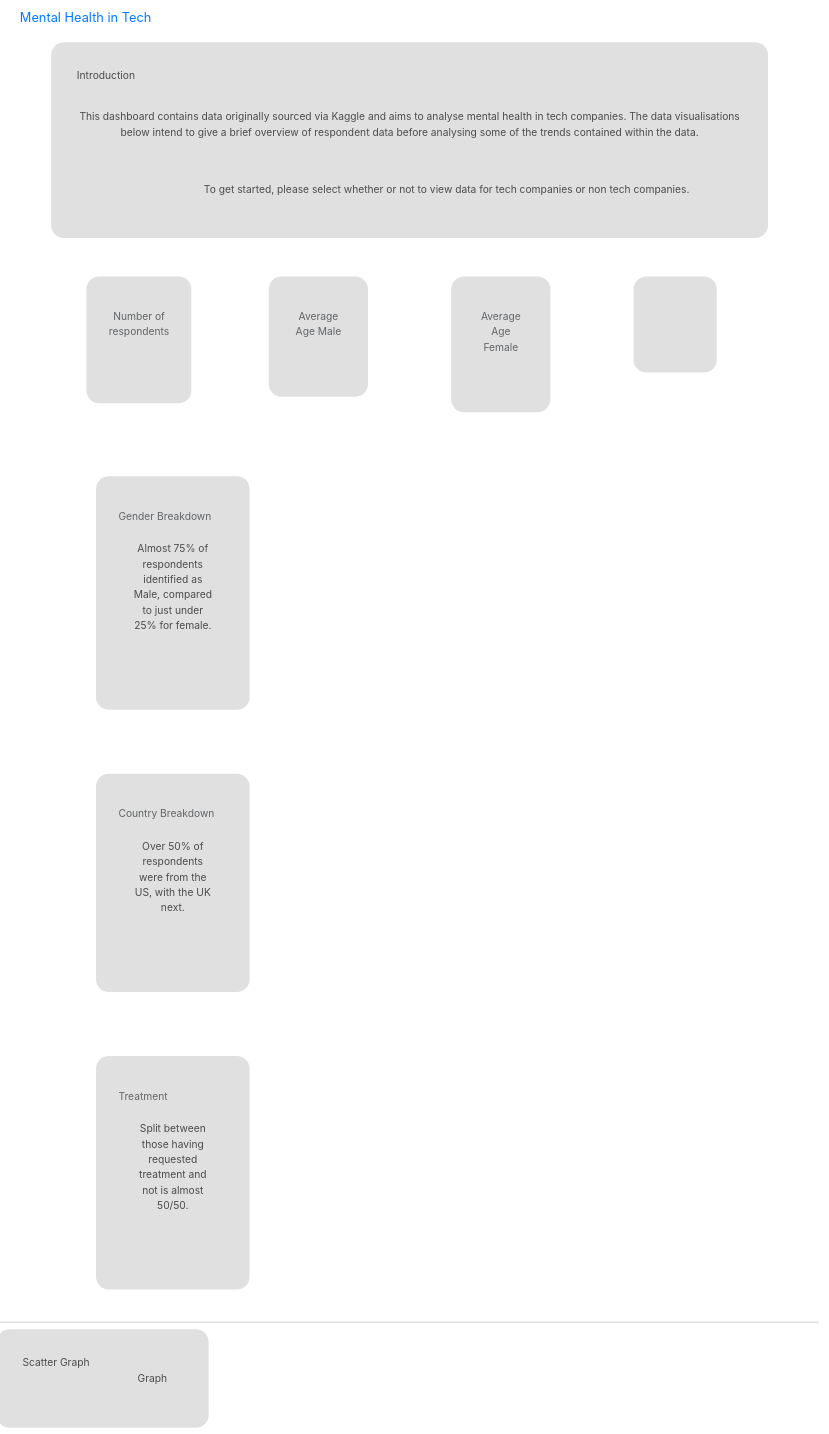
Repository: martingr1/mhdashboard
Page: index.html
The author's editor kept a record of every edit. The page is drawn from the files as they stood at one moment, then again after the next edit.
The browser window is 1280 px wide. The page is 1295 px wide, so the pictures cover 1295 px, including what lies to the right of the window. The pictures show the whole page, at 64% of full size.
Some web libraries are served in a nearby version.

Above is the page before.
Console error: SyntaxError: missing ) after argument list

### index.html
<html>

<head>

    <meta charset="UTF-8">
    <meta name="viewport" content="width=device-width, initial-scale=1.0">
    <meta http-equiv="X-UA-Compatible" content="ie=edge">
    <title>Mental Health in Tech</title>

    <link rel="stylesheet" href="static/css/bootstrap.min.css" type="text/css" />
    <link rel="stylesheet" href="static/css/dc.min.css" type="text/css" />
    <link rel="stylesheet" type="text/css" href="https://maxcdn.bootstrapcdn.com/font-awesome/4.7.0/css/font-awesome.min.css">
    <link rel="stylesheet" href="static/css/style.css" type="text/css" />


    <script type="text/javascript" src="static/js/d3.min.js"></script>
    <script type="text/javascript" src="static/js/crossfilter.min.js"></script>
    <script type="text/javascript" src="static/js/dc.min.js"></script>
    <script type="text/javascript" src="static/js/queue.min.js"></script>
    <script type="text/javascript" src="static/js/graph.js"></script>

</head>

<body class="background-image">

    <nav class="navbar navbar-default">
        <div class="container-fluid">
            <div class="navbar-header">
                <a class="navbar-brand" href="#">Mental Health in Tech</a>
            </div>
        </div>
    </nav>

    <section class="section container col-container">
        <div class="row">
            <article class="article col-lg-12">
                <div class="row text-center">
                    <div class="row intro-box">
                        <div class="row text-center chart-text">Introduction</div>
                        <hr class="line">
                        <div class="row text-center">
                            <p class="chart-text">This dashboard contains data originally sourced via Kaggle and aims to analyse mental health in tech companies. The data visualisations below intend to give a brief overview of respondent data before analysing some of the trends
                                contained within the data. </p>
                        </div>
                        <hr class="line">
                        <div class="chart" id="select_company">
                            <p class="chart-text">To get started, please select whether or not to view data for tech companies or non tech companies.</p>
                        </div>
            </article>
            </div>
            <div class="row">
                <article class="article col-xs-12 col-sm-6 col-lg-3">

                    <div class="row no-gutters text-center">
                        <div class="row content-box">
                            <div class="row">
                                <div class="text-center">Number of respondents</div>
                                <hr class="line">
                                <div>
                                    <p class="chart-text"></p>
                                </div>
                                <div class="row">
                                    <div class="chart" id=" "></div>
                                </div>
                            </div>
                        </div>
                    </div>
                </article>

                <article class="article col-xs-12 col-sm-6 col-lg-3">
                    <div class="row no-gutters text-center">
                        <div class="row content-box">
                            <div class="row">
                                <div class="text-center">Average Age Male</div>
                                <hr class="line">
                                <div>
                                    <p class="chart-text"></p>
                                </div>
                                <div class="row">
                                    <div class="age_display" id="average_age_male"></div>
                                </div>
                            </div>
                        </div>
                    </div>
                </article>

                <article class="article col-xs-12 col-sm-6 col-lg-3">
                    <div class="row no-gutters text-center">
                        <div class="row content-box">
                            <div class="row">
                                <div class="text-center">Average Age Female</div>
                                <hr class="line">
                                <div>
                                    <p class="chart-text"></p>
                                </div>
                                <div class="row">
                                    <div class="age_display" id="average_age_gender"></div>
                                </div>
                            </div>
                        </div>
                    </div>
                </article>

                <article class="article col-xs-12 col-sm-6 col-lg-3">
                    <div class="row no-gutters text-center">
                        <div class="row content-box">
                            <div class="row">
                                <div class="text-center"></div>
                                <hr class="line">
                                <div>
                                    <p class="chart-text"></p>
                                </div>
                                <div class="row">
                                    <div class="chart" id=" "></div>
                                </div>
                            </div>
                        </div>
                    </div>
                </article>
            </div>
            <article class="article col-xs-12 col-sm-6 col-lg-4">
                <div class="row no-gutters text-center">
                    <div class="row content-box">
                        <div class="row">
                            <div class="text-center">Gender Breakdown</div>
                            <hr class="line">
                            <div>
                                <p class="chart-text">Almost 75% of respondents identified as Male, compared to just under 25% for female.</p>
                            </div>
                            <div class="row">
                                <div class="chart" id="gender_breakdown"></div>
                            </div>
                        </div>
                    </div>
                </div>
            </article>

            <article class="article col-xs-12 col-sm-6 col-lg-4">
                <div class="row no-gutters text-center">
                    <div class="row content-box">
                        <div class="row">
                            <div class="text-center">Country Breakdown</div>
                            <hr class="line">
                            <div>
                                <p class="chart-text">Over 50% of respondents were from the US, with the UK next.</p>
                            </div>
                            <div class="row">
                                <div class="chart" id="country_breakdown"></div>
                            </div>
                        </div>
                    </div>
            </article>

            <article class="article col-xs-12 col-sm-6 col-lg-4">
                <div class="row no-gutters text-center">
                    <div class="row content-box">
                        <div class="row">
                            <div class="text-center">Treatment</div>
                            <hr class="line">
                            <div>
                                <p class="chart-text">Split between those having requested treatment and not is almost 50/50.</p>
                            </div>
                            <div class="row">
                                <div class="chart" id="treatment_chart"></div>
                            </div>
                        </div>
                    </div>
            </article>
    </section>

    <div class="card" id="average_age"></div>

    <div class="row">
        <article class="article col-lg-12">
            <div class="row text-center">
                <div class="row intro-box">
                    <div class="row text-center chart-text">Scatter Graph</div>
                    <hr class="line">
                    <div class="row text-center">
                        <p class="chart-text"> </p>
                    </div>
                    <div class="chart" id="">
                        <p class="chart-text">Graph</p>
                    </div>
        </article>
        </div>

        <script src="https://code.jquery.com/jquery-3.2.1.js" integrity="sha256-DZAnKJ/6XZ9si04Hgrsxu/8s717jcIzLy3oi35EouyE=" crossorigin="anonymous"></script>

</body>

</html>

### static/css/style.css
/*.background-image {
	background-image: url("static/images/clouds_sunset_sky_119785_3840x2400.jpg");
	background-position: center center;
} */

.intro-box {
	box-sizing: border-box;
	border-radius: 20px;
	background-color: #D3D3D3;
	opacity: 0.7;
	margin: 10px;
	padding: 20px;
}

.content-box {
	box-sizing: border-box;
	border-radius: 20px;
	background-color: #D3D3D3;
	opacity: 0.7;
	margin: 50px;
	padding: 50px;
}

.chart {
    margin: 0 auto;
    padding: 25px;
    display: inline-block;

}
.chart-text {
	font-size: medium;
	color: black;
	margin: 10px;
	padding: 10px;
}

.line {
	margin: 15px auto 15px;
	color: #FFFFFF;
	max-width: 75%;
}

### static/js/graph.js
queue()
    .defer(d3.csv, "data/mhsurvey2.csv")
    .await(makeGraphs);

function makeGraphs(error, healthData) {

    var ndx = crossfilter(healthData);

    var parseDate = d3.time.format("%d/%m/%Y").parse;


    healthData.forEach(function(d) {
        d.age = parseInt(d.age);
        d.date = parseDate(d.date);

    })

    show_average_age_gender(ndx, "Female", "#average_age_gender");
    show_average_age_gender(ndx, "Male", "#average_age_male");

    show_select_company(ndx);
    show_gender_breakdown(ndx);
    show_country_breakdown(ndx);
    show_treatment_levels(ndx);

    show_treatment_timeline(ndx);


    dc.renderAll();
}

function show_select_company(ndx) {
    var dim = ndx.dimension(dc.pluck("techcompany"));
    var group = dim.group();

    dc.selectMenu("#select_company")
        .dimension(dim)
        .group(group);
}

function show_gender_breakdown(ndx) {

    var dim = ndx.dimension(dc.pluck("gender"));
    var group = dim.group();

    dc.pieChart('#gender_breakdown')
        .height(200)
        .radius(480)
        .transitionDuration(500)
        .dimension(dim)
        .group(group);
}

function show_country_breakdown(ndx) {

    var dim = ndx.dimension(dc.pluck("country"));
    var group = dim.group();

    dc.pieChart('#country_breakdown')
        .height(200)
        .radius(400)
        .transitionDuration(500)
        .dimension(dim)
        .group(group);
}

function show_treatment_levels(ndx) {

    var dim = ndx.dimension(dc.pluck("treatment"));
    var group = dim.group();

    dc.barChart('#treatment_chart')
        .width(300)
        .height(200)
        .margins({ top: 10, right: 50, bottom: 30, left: 50 })
        .dimension(dim)
        .group(group)
        .x(d3.scale.ordinal())
        .xUnits(dc.units.ordinal)
}

function show_average_age_gender(ndx, gender, element) {
    var averageAgeByGender = ndx.groupAll().reduce(
        function(p, v) {
            if (v.gender === gender) {
                p.count++;
                p.total += v.age;
                p.average = p.total / p.count;
            }
            return p;
        },

        function(p, v) {
            if (v.gender === gender) {

                p.count--;
                p.total += v.age;
                p.average = p.total / p.count;
            }
            else {
                p.total -= v.age;
                p.average = p.total / p.count;
            }
            return p;
        },

        function() {
            return { count: 0, total: 0, average: 0 };
        },
    );

    dc.numberDisplay(element)
        .formatNumber(d3.format(".0f"))
        .valueAccessor(function(d) {
            if (d.count == 0) {
                return 0;
            }
            else {
                return (d.total / d.count);
            }
        })
        .group(averageAgeByGender);
}

function show_treatment_timeline(ndx) {
    var date_dim = ndx.dimension(dc.pluck('date'));
    var treatment = date_dim.group().reduce(
        function (p,v) {
            if (v.treatment === 'Yes') {
                p.count ++;
                p.total += v.treatment;
            }
            return p;
        }
        function (p,v) {
            if (v.treatment === )

        }

        )

    var minDate = date_dim.bottom(1)[0].date;
    var maxDate = date_dim.top(1)[0].date;

    dc.lineChart("#treatment_timeline")
        .width(1000)
        .height(300)
        .margins({ top: 10, right: 50, bottom: 30, left: 50 })
        .dimension(date_dim)
        .group(treatment)
        .transitionDuration(500)
        .x(d3.time.scale().domain([minDate, maxDate]))
        .xAxisLabel("Year")
        .yAxis().ticks(4);
}

Loaded but not shown: static/css/bootstrap.min.css (library); static/css/dc.min.css (library); static/js/d3.min.js (library); static/js/crossfilter.min.js (library); static/js/dc.min.js (library); static/js/queue.min.js (common file)

After the next edit:
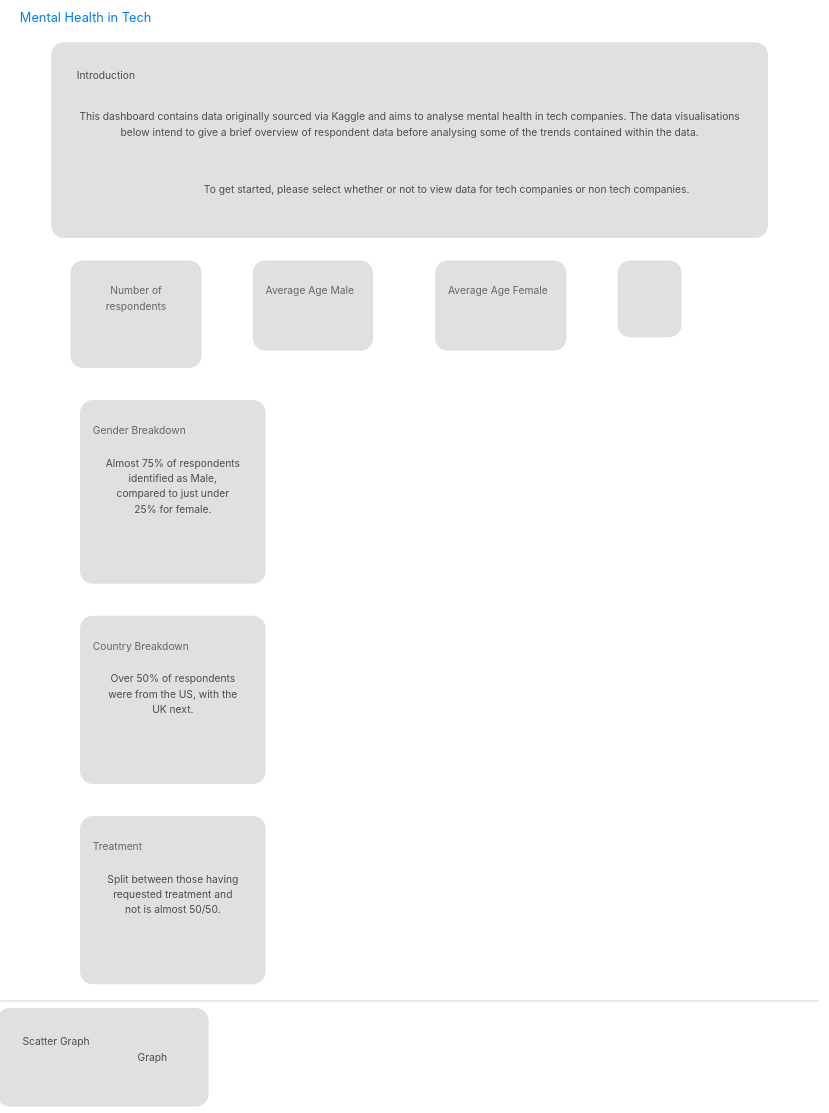
The edit:
--- a/static/css/style.css
+++ b/static/css/style.css
@@ -17,8 +17,8 @@
 	border-radius: 20px;
 	background-color: #D3D3D3;
 	opacity: 0.7;
-	margin: 50px;
-	padding: 50px;
+	margin: 25px;
+	padding: 35px;
 }
 
 .chart {
